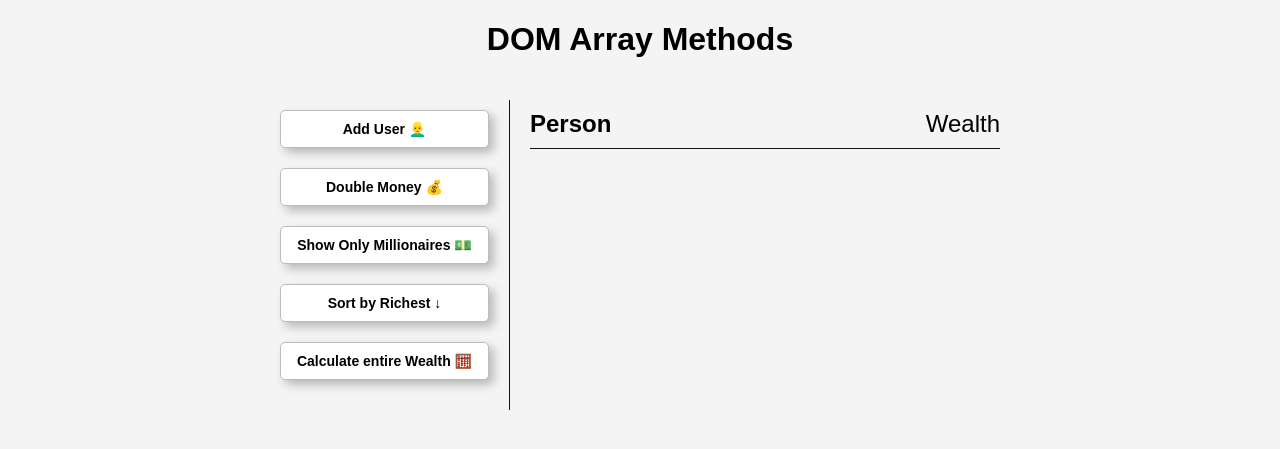
Repository: Youvelop/DOMArrayMethods
Page: index.html
The author's editor kept a copy of each file at every save. The page is drawn from the files as they stood at one save, then again after the next save.
The browser window is 1280 px wide. The pictures show the whole page.
The page's requests for data from a server got no answer.

Above is the page before, as saved 2020-07-01 14:35:04.

### index.html
<!DOCTYPE html>
<html lang="en">
  <head>
    <meta charset="UTF-8" />
    <meta name="viewport" content="width=device-width, initial-scale=1.0" />
    <link rel="stylesheet" href="style.css" />
    <title>DOM Array Methods</title>
  </head>
  <body>
    <h1>DOM Array Methods</h1>

    <div class="container">
      <aside>
        <button id="add-user">Add User 👱‍♂️</button>
        <button id="double">Double Money 💰</button>
        <button id="show-millionaire">Show Only Millionaires 💵</button>
        <button id="sort">Sort by Richest ↓</button>
        <button id="calculate-wealth">Calculate entire Wealth 🧮</button>
      </aside>
      <main id="main">
        <h2><strong>Person</strong>Wealth</h2>
      </main>
    </div>

    <script src="script.js"></script>
  </body>
</html>

### style.css
* {
  box-sizing: border-box;
}
body {
  background: #f4f4f4;
  font-family: Arial, Helvetica, sans-serif;
  display: flex;
  flex-direction: column;
  align-items: center;
  min-height: 100vh;
  margin: 0;
}

.container {
  display: flex;
  padding: 20px;
  margin: 0 auto;
  max-width: 100%;
  width: 800px;
}

aside {
  padding: 10px 20px;
  width: 250px;
  border-right: 1px solid #111;
}
button {
  cursor: pointer;
  background-color: #fff;
  border: solid 1px rgb(189, 187, 187);
  box-shadow: 5px 5px 10px #bbbaba;
  border-radius: 5px;
  display: block;
  width: 100%;
  padding: 10px;
  margin-bottom: 20px;
  font-weight: bold;
  font-size: 14px;
}

main {
  flex: 1;
  padding: 10px 20px;
}

h2 {
  border-bottom: 1px solid #111;
  padding-bottom: 10px;
  display: flex;
  justify-content: space-between;
  font-weight: 300;
  margin: 0 0 20px;
}
h3 {
  background-color: #fff;
  border-bottom: 1px solid #111;
  padding: 10px;
  display: flex;
  justify-content: space-between;
  font-weight: 300;
  margin: 20px 0 0;
}

.person {
  display: flex;
  justify-content: space-between;
  font-size: 20px;
  margin-bottom: 10px;
}

### script.js
const main = document.getElementById('main');
const addUserBtn = document.getElementById('add-user');
const doubleBtn = document.getElementById('double');
const showMillionairesBtn = document.getElementById('show-millionaires');
const sortBtn = document.getElementById('sort');
const calculateWealthBtn = document.getElementById('calculate-wealth');

let datd = [];

getRandomUser();
getRandomUser();
getRandomUser();

// Fetch random user and add money
async function getRandomUser() {
  const res = await fetch('https://randomuser.me/api');
  const data = await res.json();

  const user = data.results[0];

  const newUser = {
    name: `${user.name.first} ${user.name.last}`,
    money: Math.floor(Math.random() * 1000000),
  };

  addData(newUser);
}

// Add new obj to data arr
function addData(obj) {
  data.push(obj);

  updateDOM();
}

// Update DOM
function updateDOM(providedData = data) {
  // Clear main div
  main.innerHTML = '<h2><strong>Person</strong>Wealth</h2>';

  providedData.forEach((item) => {
    const element = document.createElement('div');
    element.classList.add('person');
    element.innerHTML = `<strong>${item.name}</strong> ${formatMoney(
      item.money
    )}`;
    main.appendChild(element);
  });
}

// Format number as money
function formatMoney(number) {
  return '$' + number.toFixed(2).replace(/\d(?=(\d{3})+\.)/g, '$&,');
}

// Event Listeners
addUserBtn.addEventListener('click', getRandomUser);

After the next save:
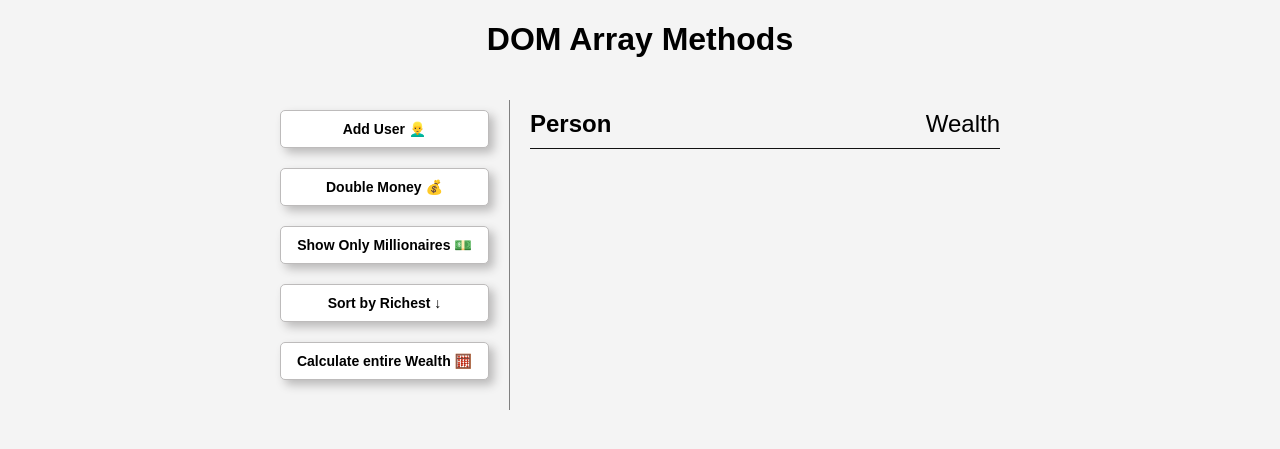
Saved 12 s later.
--- a/style.css
+++ b/style.css
@@ -22,7 +22,7 @@ body {
 aside {
   padding: 10px 20px;
   width: 250px;
-  border-right: 1px solid #111;
+  border-right: 1px solid rgb(128, 128, 128);
 }
 button {
   cursor: pointer;
